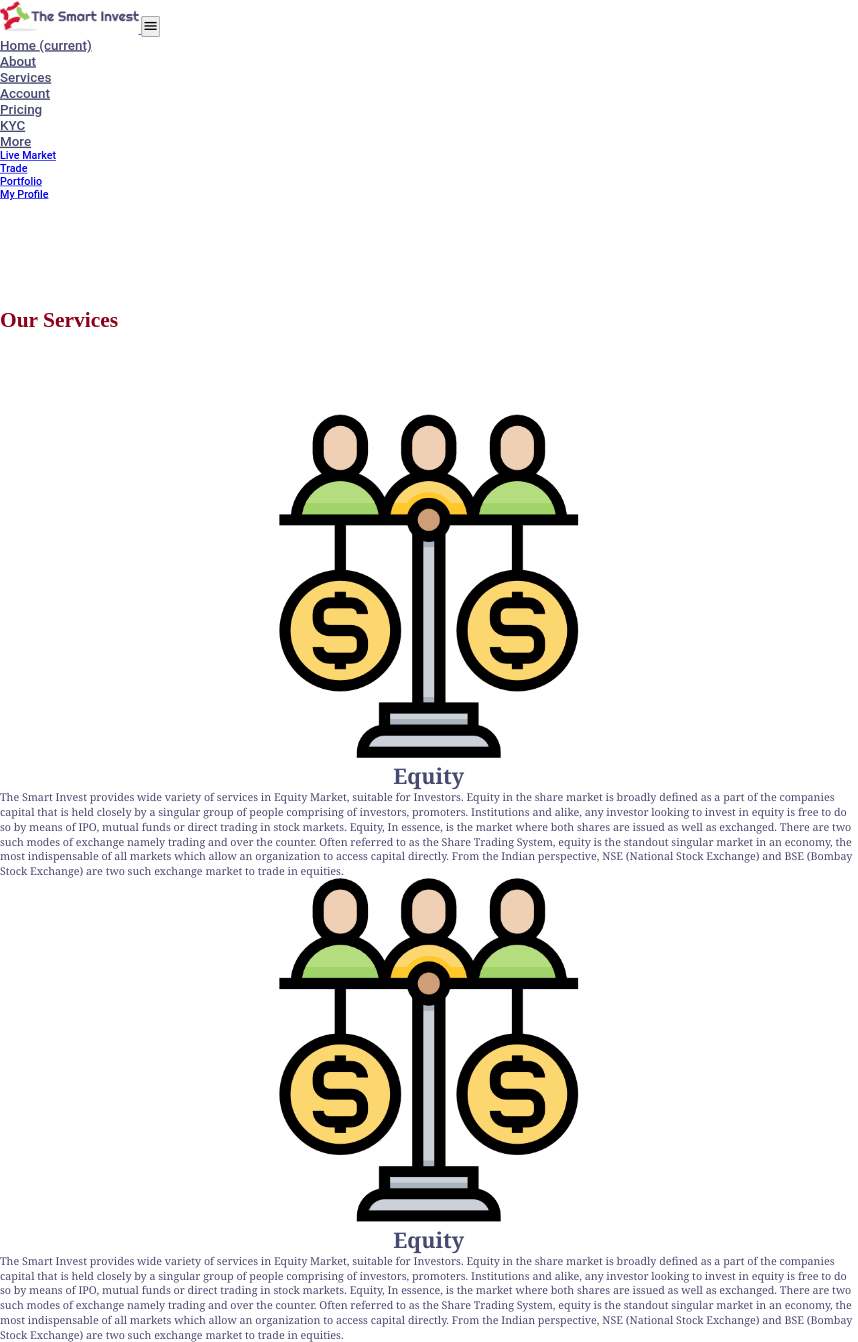
Repository: Demonster1999/Invest-Mart-new
Page: services.html
These files come from the project's save history. The page is drawn as it stood at one moment and after the next save; the edit follows.
The browser window is 1280 px wide. The pictures show the whole page, at 67% of full size.
Some web libraries are served in a nearby version.

Above is the page before, as saved 2020-05-01 21:38:24.
Console error: TypeError: Failed to execute 'addEventListener' on 'EventTarget': parameter 2 is not of type 'Object'.

### services.html
<!doctype html>
<html lang="en">

<head>
  <!-- Required meta tags -->
  <meta charset="utf-8">
  <meta name="viewport" content="width=device-width, initial-scale=1, shrink-to-fit=no">

  <!-- Material Design for Bootstrap fonts and icons -->
  <link rel="stylesheet" href="https://fonts.googleapis.com/css?family=Roboto:300,400,500,700|Material+Icons">

  <!-- Material Design for Bootstrap CSS -->
  <link rel="stylesheet"
    href="https://unpkg.com/bootstrap-material-design@4.1.1/dist/css/bootstrap-material-design.min.css"
    integrity="sha384-wXznGJNEXNG1NFsbm0ugrLFMQPWswR3lds2VeinahP8N0zJw9VWSopbjv2x7WCvX" crossorigin="anonymous">

    <link rel="stylesheet" href="static/css/custom.css">
  <title>Services: Invest-Smart</title>
</head>

<body style = "font-family : ROBOTO MEDIUM" onload="window.addEventListener('load', fadeEffect);">
  <!-- preloader start -->
<div class="preloader" style="opacity: 1;">
  <img src="static/imgs/preloaderspin.svg" class="filler-green" alt="spinner">
</div>
  <!-- preloader end  -->

  <!-- nav start -->

  <nav class="navbar navbar-expand-lg fixed-top   text-center   ">
     <a class="navbar-brand" href="#">
       <img src="static/imgs/smartlogo.png"  height = "50"
         class="d-inline-block align-top" alt="">

     </a>
  <button class="navbar-toggler" type="button" data-toggle="collapse" data-target="#navbarSupportedContent"
    aria-controls="navbarSupportedContent" aria-expanded="false" aria-label="Toggle navigation">
    <span class="navbar-toggler-icon material-icons">menu</span>
  </button>

    <div class="collapse navbar-collapse justify-content-end  " id="navbarSupportedContent">
      <ul class="navbar-nav ">
        <li class="nav-item active mx-2 p-2">
          <a class="nav-link2" href="index.html">Home <span class="sr-only">(current)</span></a>
        </li>

        <li class="nav-item mx-2  p-2">
          <a href="About.html" class="nav-link2">About</a>
        </li>
        <li class="nav-item mx-2 p-2"><a href="services.html" class="nav-link2 ">Services</a></li>
        <li class="nav-item mx-2 p-2"><a href="Account.html" class="nav-link2">Account</a></li>
        <li class="nav-item mx-2 p-2"><a href="pricing.html" class="nav-link2">Pricing</a> </li>
        <li class="nav-item mx-2 p-2">
          <a class="nav-link2 " href="kyc.html">KYC</a>
        </li>
        <li class="nav-item mx-2 p-2 dropdown">
          <a class="nav-link2 dropdown-toggle" href="#" id="navbarDropdown" role="button" data-toggle="dropdown"
            aria-haspopup="true" aria-expanded="false">
            More
          </a>
          <div class="dropdown-menu" style= "background-color : rgba(255,255,255,0.45)" aria-labelledby="navbarDropdown">
            <a class="dropdown-item" href="#">Live Market</a>
            <div class="dropdown-divider"></div>
            <a class="dropdown-item" href="#">Trade</a>
            <div class="dropdown-divider"></div>
            <a class="dropdown-item" href="#">Portfolio</a>
            <div class="dropdown-divider"></div>
            <a class="dropdown-item" href="#">My Profile</a>
          </div>
        </li>

      </ul>

    </div>
  </nav>

  <!--  services Banner  -->

  <div class="top-wrapper p-5 text-center ">

    <h1 >
      Our Services
    </h1>

  </div>

  <!-- services Provided
   -->
   <div class="services container-fluid pt-5 mt-5" style="color:#484971 ; font-family :Georgia, 'Times New Roman', Times, serif ;">
     <div class="row">
      <div class="col-md-6">
       <center>
        <img src="static/imgs/icons/equity.png" class="img-fluid m-2 p-2" width="40%" alt="">
        <h1 class=" p-2 m-2"> Equity </h1>
       </center>


       </div>
       <div class="col-md-6 p-5">
<p class="p-2 m-2 blockquote">
  The Smart Invest provides wide variety of services in Equity Market, suitable for Investors. Equity in the share
  market
  is broadly defined as a part of the companies capital that is held closely by a singular group of people comprising
  of
  investors, promoters. Institutions and alike, any investor looking to invest in equity is free to do so by means of
  IPO,
  mutual funds or direct trading in stock markets. Equity, In essence, is the market where both shares are issued as
  well
  as exchanged. There are two such modes of exchange namely trading and over the counter. Often referred to as the Share
  Trading System, equity is the standout singular market in an economy, the most indispensable of all markets which
  allow
  an organization to access capital directly. From the Indian perspective, NSE (National Stock Exchange) and BSE (Bombay
  Stock Exchange) are two such exchange market to trade in equities.
</p>
       </div>


     </div>
   </div>
      <div class="services container-fluid pt-5 mt-5"
        style="color:#484971 ; font-family :Georgia, 'Times New Roman', Times, serif ;">
        <div class="row">
          <div class="col-md-6">
            <center>
              <img src="static/imgs/icons/equity.png" class="img-fluid m-2 p-2" width="40%" alt="">
              <h1 class=" p-2 m-2"> Equity </h1>
            </center>


          </div>
          <div class="col-md-6 p-5">
            <p class="p-2 m-2 blockquote">
              The Smart Invest provides wide variety of services in Equity Market, suitable for Investors. Equity in the share
              market
              is broadly defined as a part of the companies capital that is held closely by a singular group of people
              comprising
              of
              investors, promoters. Institutions and alike, any investor looking to invest in equity is free to do so by means
              of
              IPO,
              mutual funds or direct trading in stock markets. Equity, In essence, is the market where both shares are issued
              as
              well
              as exchanged. There are two such modes of exchange namely trading and over the counter. Often referred to as the
              Share
              Trading System, equity is the standout singular market in an economy, the most indispensable of all markets
              which
              allow
              an organization to access capital directly. From the Indian perspective, NSE (National Stock Exchange) and BSE
              (Bombay
              Stock Exchange) are two such exchange market to trade in equities.
            </p>
          </div>


        </div>
      </div>






    <script src="https://code.jquery.com/jquery-3.2.1.slim.min.js"
    integrity="sha384-KJ3o2DKtIkvYIK3UENzmM7KCkRr/rE9/Qpg6aAZGJwFDMVNA/GpGFF93hXpG5KkN"
    crossorigin="anonymous"></script>
  <script src="https://unpkg.com/popper.js@1.12.6/dist/umd/popper.js"
    integrity="sha384-fA23ZRQ3G/J53mElWqVJEGJzU0sTs+SvzG8fXVWP+kJQ1lwFAOkcUOysnlKJC33U"
    crossorigin="anonymous"></script>
  <script src="https://unpkg.com/bootstrap-material-design@4.1.1/dist/js/bootstrap-material-design.js"
    integrity="sha384-CauSuKpEqAFajSpkdjv3z9t8E7RlpJ1UP0lKM/+NdtSarroVKu069AlsRPKkFBz9"
    crossorigin="anonymous"></script>
  <script>$(document).ready(function () { $('body').bootstrapMaterialDesign(); });</script>
  <script>
    const preloader = document.querySelector('.preloader');
    const fadeEffect = setInterval(() => {
      // if we don't set opacity 1 in CSS, then
      // it will be equaled to "" -- that's why
      // we check it, and if so, set opacity to 1
      if (!preloader.style.opacity) {
        preloader.style.opacity = 1;
      }
      if (preloader.style.opacity > 0) {
        preloader.style.opacity -= 0.1;
        preloader.classList.add("loaded");
      } else {
        clearInterval(fadeEffect);
      }

    }, 100);



  </script>
</body>

</html>

### static/css/custom.css
* {
  margin: 0;
  padding: 0;
}

.overlay {
  position: fixed;
  top: 0;
  left: 0;
  width: 100%;
  height: 100%;
  z-index: 1000;
}

html,
body {
  height: 100%;
}

body::-webkit-scrollbar {
  width: 0;

}
/* Nav Style  */
.navbar{
  background-color: rgba(255,255,255,0.45);
}

a.nav-link2{
  font-weight: bolder;
  font-size: 20px;
  color:#484971;

  width:5%;
  transition: .5s;
}
 a.nav-link2:hover{
 color: hsl(351, 69%, 58%);
  font-weight: 900;
   font-size: 25px;

 width:100%;

}
.nav-item a.nav-link:active {
   color: hsl(351, 69%, 58%);
   font-weight: 900;
   font-size: 25px;
   border-bottom: solid #de4a61;
   width: 100%;

 }

 /* nav Styles End  */

/* Picture Caption Hover Effect  */
.container2 {
  position: relative;
  width: 50%;
}

.image {
  display: block;
  width: 100%;
  height: auto;
}

.overlay {
  position: absolute;
  bottom: 0;
  left: 0;
  right: 0;
  background-color: #fff;
  overflow: hidden;
  width: 100%;
  height: 0;
  transition: .5s ease;
}

.container2:hover .overlay {
  height: 100%;
}

.text {
  color: #484971;
  font-size: 15px;
  font-weight: bold;
  position: absolute;
  top: 50%;
  left: 50%;
  -webkit-transform: translate(-50%, -50%);
  -ms-transform: translate(-50%, -50%);
  transform: translate(-50%, -50%);
  text-align: justify;
}
/* Picture Caption hover Effect end  */

.carousel-inner {
  width: 100%;


}

/* main page Carousel */
.carousel-item img {
  opacity: 0.2;
  width: 100%;
  height : 640px;
  object-fit: cover;
}

/* carosel Caption for main page  */
.carousel-caption {
  position : absolute;
  text-align: center;
  top : 30%;
  position:absolute;
  z-index: 30px;

}

/* Position of Join us button and hover */
.pos {
  position: absolute;
  z-index: 60px;
  bottom : 0;
  right: 0;
  font-size: 25px;

}
.pos:hover{
     border: 1px solid #888;
    }


    /* preloader effect */
.preloader {
  align-items: center;
  background: #fff;
  display: flex;
  height: 100vh;
  justify-content: center;
  left: 0;
  position: fixed;
  top: 0;
  transition: opacity 0.3s linear;
  width: 100%;
  z-index: 9999;
  opacity: 1;
  transform: opacity 1s linear;


}
 .filter-green {
   fill: red;

 }
.preloader.loaded {

  display: none;
}

    /* preloader  */


    /* Top wrapper  */
.top-wrapper{
 width : 100%;
 height : 320px;
  background-color: #fff;

}
.top-wrapper h1{
  position: relative;
  color: #8C001A;
  top : 50%;
  filter: blur(1px);
  font-family: cursive;
}

.ourteam{
width:100%;
filter: blur(2px);
opacity: 0.5;

}

.ourteam-text2 {

  color: #484971;
  font-size: 20px;
  font-weight: 500;
  text-align: justify;
  font-family: Cambria,
    Cochin,
    Georgia,
    Times,
    'Times New Roman',
    serif;
}

.ourteam + h1{
  position: absolute;
  top: 40%;
  left : 20%;
  text-align: center;
  color: #8C001A;
  border-bottom: 5px #97cc5e solid;
  border-top: 5px #97cc5e solid;

}


.ourteam-text{

color:#484971;
font-size: 20px ;
font-weight: 500;
text-align: justify;
font-family: Cambria,
Cochin,
Georgia,
Times,
'Times New Roman',
serif;
}


.employee
{
 width: 100%;
 height : 640px;
 filter: drop-shadow(3px);

}

.employee + h1 {
  position: absolute;
  top: 50%;
  color: #fff;

}
@media only screen and (min-width: 768px){


.ourteam + h1 {
  position: absolute;
  top: 40%;
  left: 25%;
  text-align: center;
  font-size: 100px;
  font-family: cursive;
  z-index: 10px;

}

.ourteam-text {

  position: relative;
  top : 25%;
  font-size: xx-large;
}




}

After the next save:
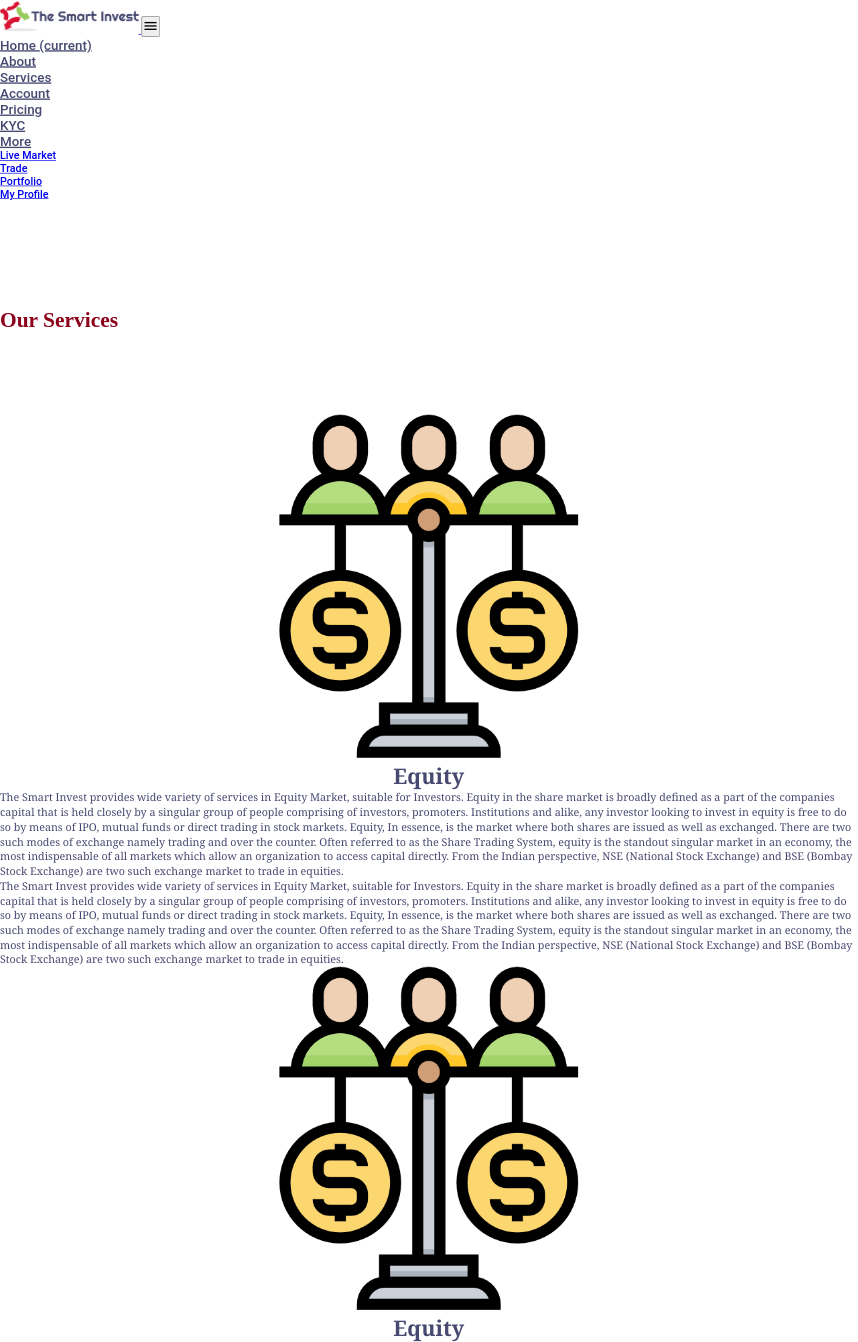
Saved 26 s later.
--- a/services.html
+++ b/services.html
@@ -120,11 +120,7 @@
       <div class="services container-fluid pt-5 mt-5"
         style="color:#484971 ; font-family :Georgia, 'Times New Roman', Times, serif ;">
         <div class="row">
-          <div class="col-md-6">
-            <center>
-              <img src="static/imgs/icons/equity.png" class="img-fluid m-2 p-2" width="40%" alt="">
-              <h1 class=" p-2 m-2"> Equity </h1>
-            </center>
+
 
 
           </div>
@@ -151,6 +147,12 @@
               Stock Exchange) are two such exchange market to trade in equities.
             </p>
           </div>
+
+          <div class="col-md-6">
+            <center>
+              <img src="static/imgs/icons/equity.png" class="img-fluid m-2 p-2" width="40%" alt="">
+              <h1 class=" p-2 m-2"> Equity </h1>
+            </center>
 
 
         </div>

After the save that followed:
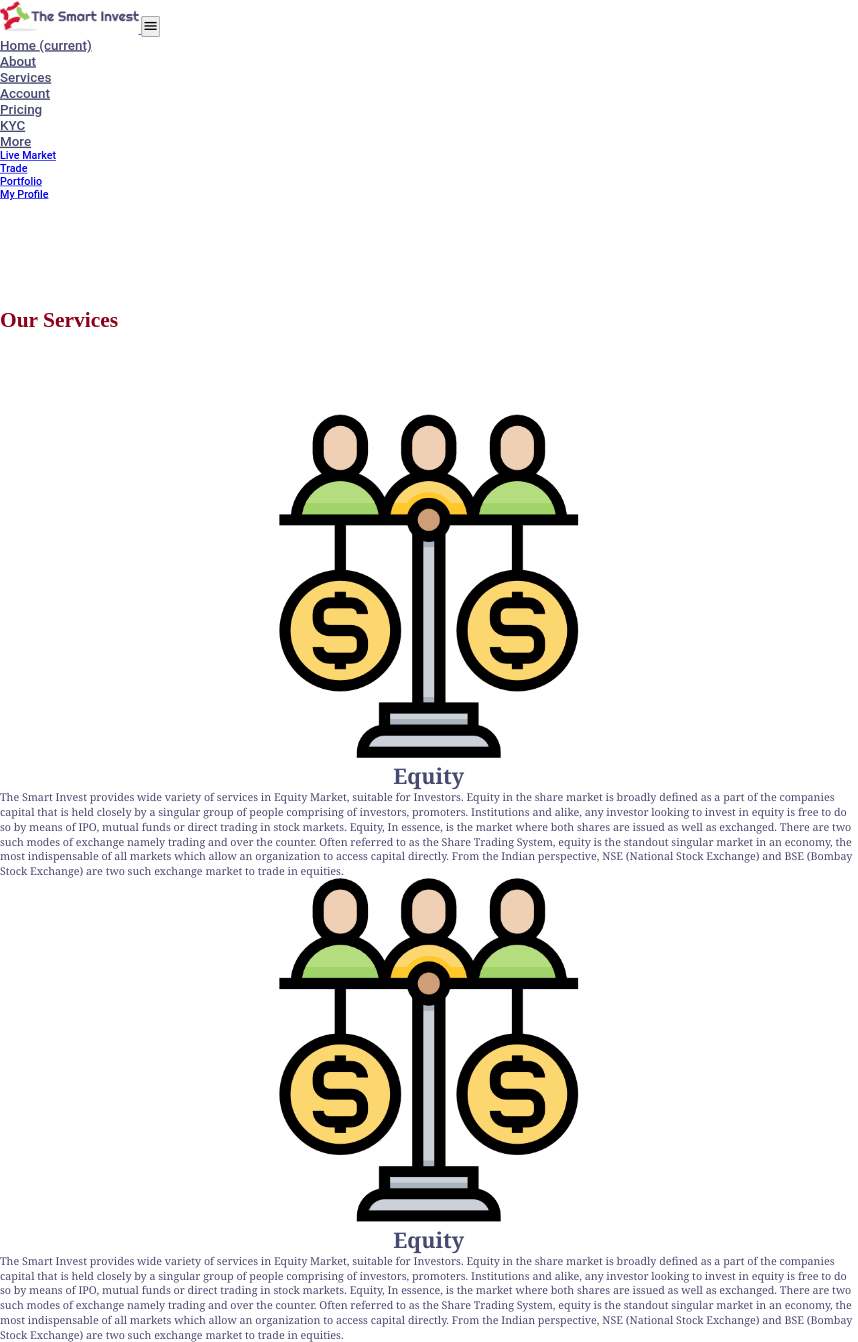
Saved 14 s later.
--- a/services.html
+++ b/services.html
@@ -120,7 +120,11 @@
       <div class="services container-fluid pt-5 mt-5"
         style="color:#484971 ; font-family :Georgia, 'Times New Roman', Times, serif ;">
         <div class="row">
-
+          <div class="col-md-6">
+            <center>
+              <img src="static/imgs/icons/equity.png" class="img-fluid m-2 p-2" width="40%" alt="">
+              <h1 class=" p-2 m-2"> Equity </h1>
+            </center>
 
 
           </div>
@@ -147,12 +151,6 @@
               Stock Exchange) are two such exchange market to trade in equities.
             </p>
           </div>
-
-          <div class="col-md-6">
-            <center>
-              <img src="static/imgs/icons/equity.png" class="img-fluid m-2 p-2" width="40%" alt="">
-              <h1 class=" p-2 m-2"> Equity </h1>
-            </center>
 
 
         </div>
